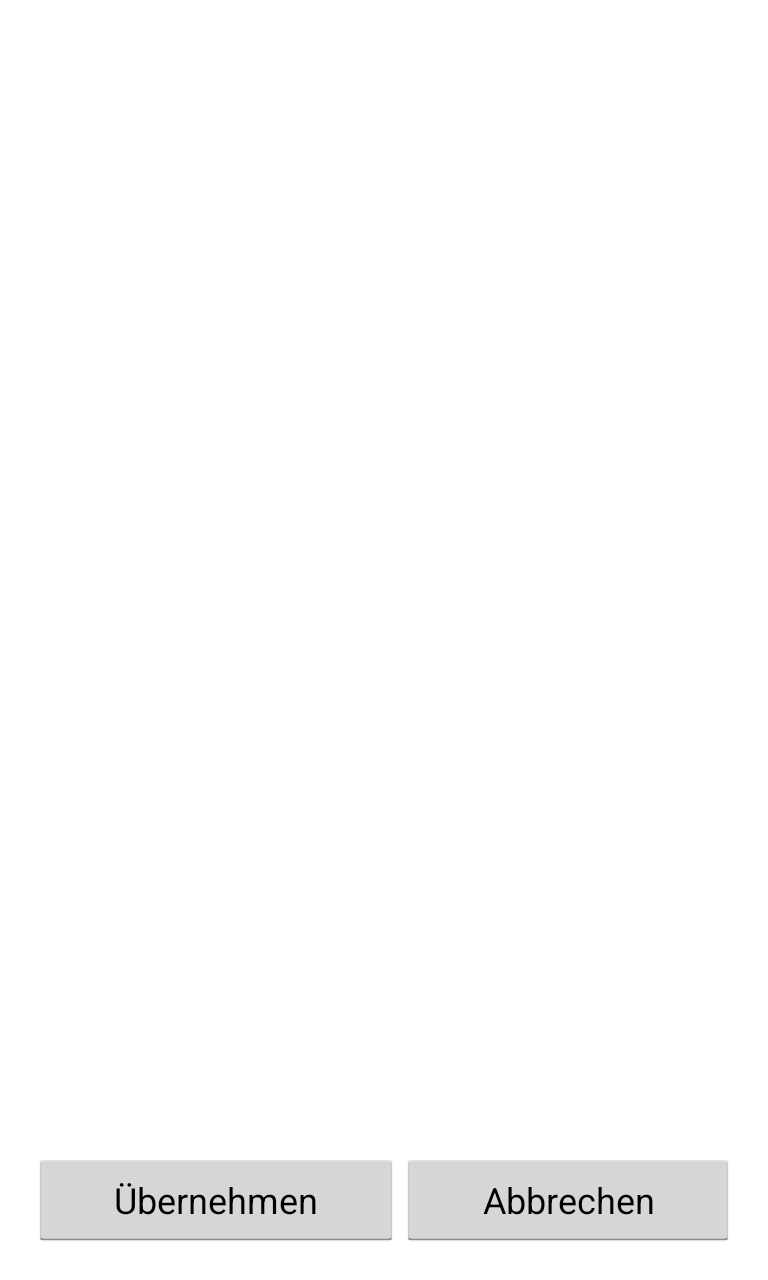
Repository: jellydiamonds/Proto
Layout: Android/Camera/res/layout/activity_main.xml
These files come from the project's save history. The layout is drawn as it stood at one moment and after the next save; the edit follows.
It is drawn on a 768 x 1280 px phone screen (xhdpi) without system bars, with theme AppTheme; the app's code is not run.

Above is the layout before, as saved 2014-03-20 15:59:27.

After the next save:
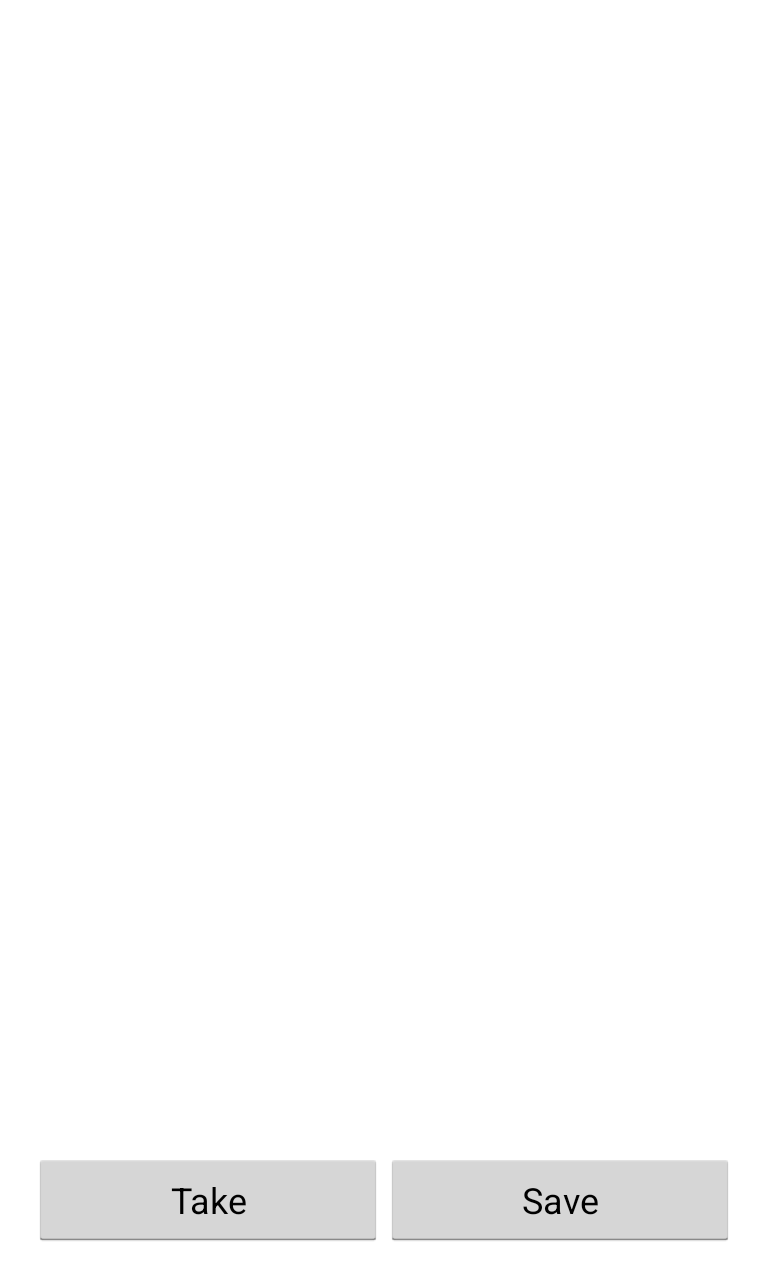
Saved 94 s later.
--- a/Android/Camera/res/layout/activity_main.xml
+++ b/Android/Camera/res/layout/activity_main.xml
@@ -12,21 +12,25 @@
         <LinearLayout
                 android:id="@+id/LinearLayout02"
     			android:layout_height="wrap_content"
-    android:layout_width="fill_parent"
-    android:layout_alignParentBottom="true">
-    <Button
-        android:id="@+id/Button02"
-        android:layout_width="wrap_content"
-        android:layout_height="wrap_content"
-        android:layout_weight="1" android:text="Übernehmen">
-    </Button>
-    <Button
-        android:id="@+id/Button03"
-        android:layout_width="wrap_content"
-        android:layout_height="wrap_content"
-        android:layout_weight="1"
-        android:text="Abbrechen">
-    </Button>
+    			android:layout_width="fill_parent"
+    			android:layout_alignParentBottom="true">
+
+    			<Button
+        			android:id="@+id/Button02"
+        			android:layout_width="wrap_content"
+        			android:layout_height="wrap_content"
+        			android:layout_weight="1"
+        			android:text="Take">
+    			</Button>
+
+    			<Button
+        			android:id="@+id/Button03"
+        			android:layout_width="wrap_content"
+        			android:layout_height="wrap_content"
+        			android:layout_weight="1"
+        			android:text="Save">
+    			</Button>
+
         </LinearLayout>
 
         <ImageView
